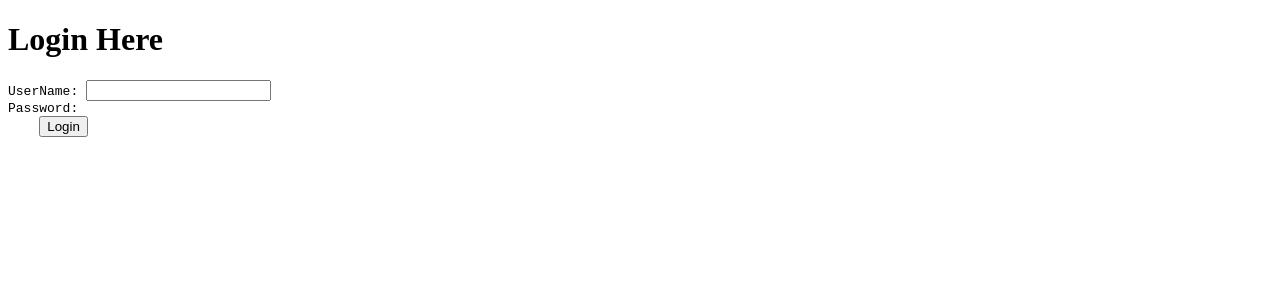
Repository: gawron921/psitab
Page: http://localhost/web01/login.jsp
These files come from the project's save history. The page is drawn as it stood at one moment and after the next save; the edit follows.
The browser window is 1280 px wide. The pictures show the whole page.
The page is served by Tomcat 9. Other server files are loaded and not shown.

Above is the page before, as saved 2020-02-26 17:09:44.

### web01/WebContent/login.jsp
<%@ page language="java" contentType="text/html; charset=ISO-8859-1"
  pageEncoding="ISO-8859-1"%>
<!DOCTYPE html PUBLIC "-//W3C//DTD HTML 4.01 Transitional//EN" "http://www.w3.org/TR/html4/loose.dtd">
<html>
<head>
<meta http-equiv="Content-Type" content="text/html; charset=ISO-8859-1">
<title>Insert title here</title>
</head>
<body>
  <h1>Login Here</h1>
  <form action="UserProfile" method="post">
    <pre>
UserName: <input type="text" name="uname">
Password: <input type="hidden" name="upass">
    <input type="submit" value="Login">
</pre>
  </form>
</body>
</html>

After the next save:
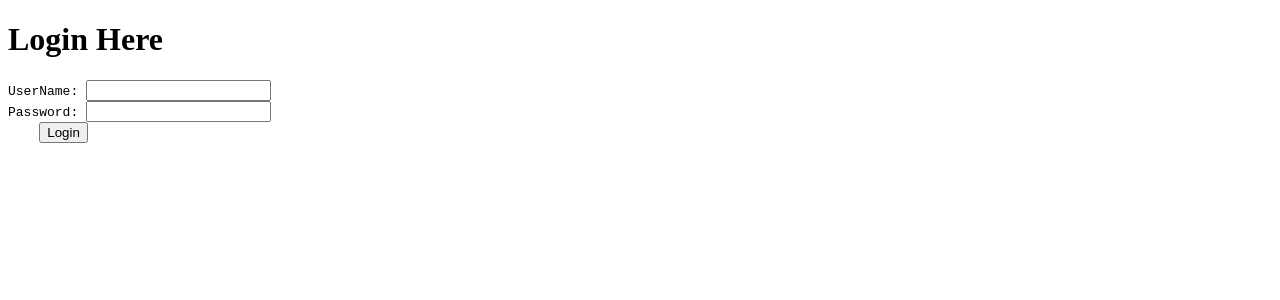
Saved 43 s later.
--- a/web01/WebContent/login.jsp
+++ b/web01/WebContent/login.jsp
@@ -11,7 +11,7 @@
   <form action="UserProfile" method="post">
     <pre>
 UserName: <input type="text" name="uname">
-Password: <input type="hidden" name="upass">
+Password: <input type="password" name="upass">
     <input type="submit" value="Login">
 </pre>
   </form>
